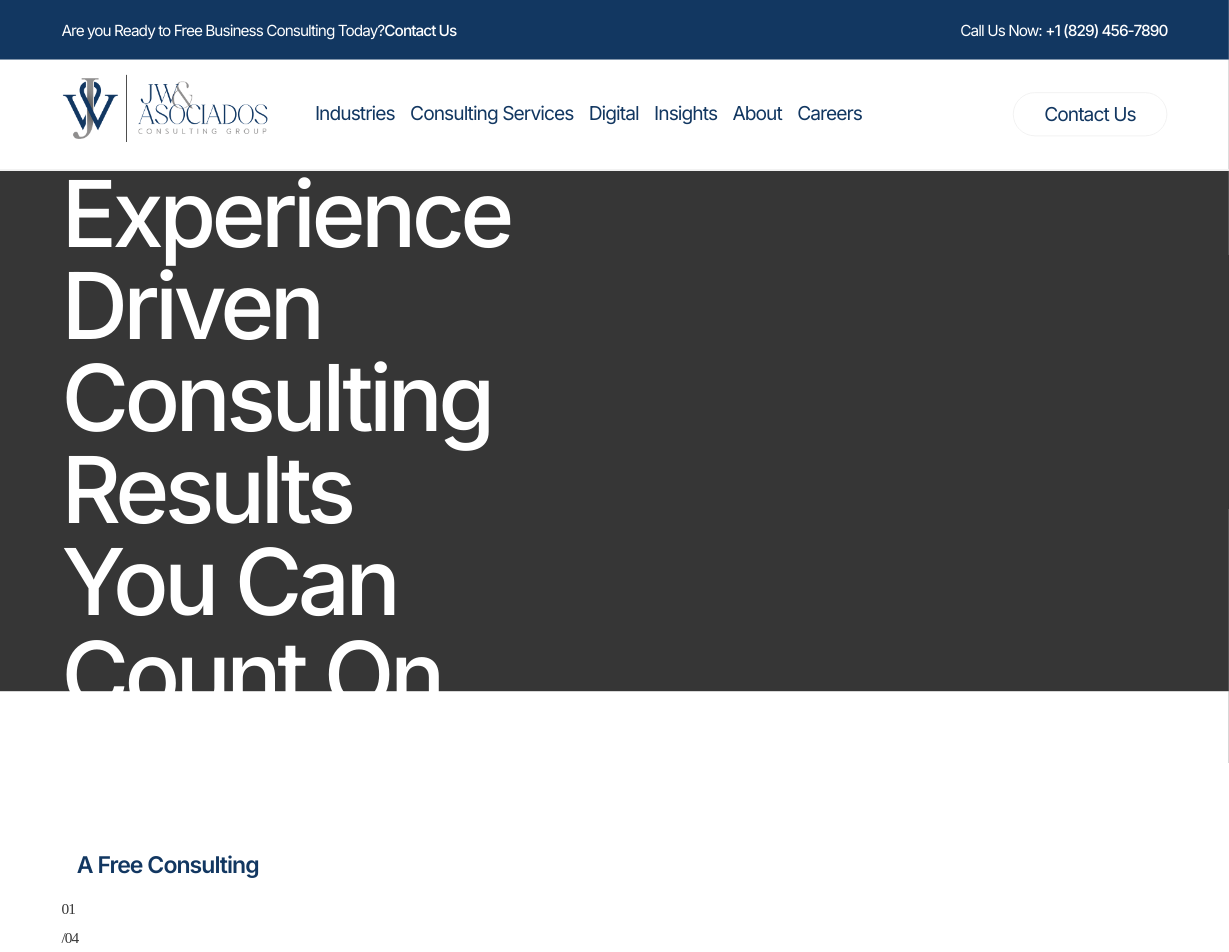
Repository: June-t/jwsyasociados
Page: /
An editor plug-in stored every save of this project. The page is shown before and after the next save, followed by the edit.
The browser window is 1280 px wide. The pictures show the whole page, at 96% of full size.
The project was rebuilt for these pictures with package versions that can differ from the ones it lists, and the page was loaded fresh each time. The framework's server and built-in components were replaced by stand-ins that run in the browser. Also part of the build but not shown: next.config.ts.

Above is the page before, as saved 2025-10-22 15:57:52.

### src/app/layout.tsx
import type { Metadata } from "next";
import { Inter } from "next/font/google";
// Styles
// @ts-ignore
import "../app/style/main.css";

import Footer from "@/app/common/Footer";
import Header from "@/app/common/Header";

const inter = Inter({ subsets: ["latin"], variable: "--font-inter" });

export const metadata: Metadata = {
  title: "Create Next App",
  description: "Generated by create next app",
};

export default function RootLayout({
  children,
}: Readonly<{
  children: React.ReactNode;
}>) {
  return (
    <html lang='en'>
      <body className={`${inter.variable} antialiased`}>
        <Header />
        <main className='wrapper'>{children}</main>
        <Footer />
      </body>
    </html>
  );
}

### src/app/page.tsx
export default function Main() {
  return (
    <>
      <section className='main__hero'>
        <div className='hero__slider'>
          <span>Smarter Strategies Stronger Businesses</span>
          <h1>
            Experience Driven <br /> Consulting Results <br /> You Can Count On
          </h1>
          <p>
            Whether you're Icmng to streamline operations, scale sustainably, or
            navigate complex challenges, our consulting services are built to
            deliver measurable results and long-term impact & hands support.
          </p>
          <a href='#'>A Free Consulting</a>
        </div>
        <div className='hero__progress'>
          <div className='progress__status'>
            <span>01</span>
          </div>
          <div className='progress__line' />
          <div className='progress__total'>
            <span>/04</span>
          </div>
        </div>
      </section>
      <section className='main__about'></section>
      <section className='main__services'></section>
      <section className='main__clients'></section>
      <section className='main__work'></section>
      <section className='main__team'></section>
      <section className='main__contact'></section>
    </>
  );
}

### src/app/style/main.css
/* SETTINGS */
@import "./settings/_settings.import.css";

/* TOOLS  */
@import "./tools/_tools.import.css";

/* GENERIC  */
@import "./generic/_generic.import.css";

/* ELEMENTS  */
@import "./elements/_elements.import.css";

/* OBJECTS  */
@import "./objects/_objects.import.css";

/* COMPONENTS  */
@import "./components/_components.import.css";

/* PAGES  */
@import "./pages/_pages.import.css";

/* TRUMPS  */
@import "./trumps/_trumps.css";

### src/app/common/Footer.tsx
export default function Footer() {
  return <footer className='footer'></footer>;
}

### src/app/common/Header.tsx
import Logo from "@/app/assets/logo.png";
export default function Header() {
  return (
    <header className='header'>
      <div className='header__banner'>
        <span>
          Are you Ready to Free Business Consulting Today?
          <a href='#'>Contact Us</a>
        </span>
        <span>
          Call Us Now: <a>+1 (829) 456-7890</a>
        </span>
      </div>
      <div className='header__navegation'>
        <div className='header__logo'>
          <img src={Logo.src} alt='JWS Y Asociados Logo' />
        </div>
        <div className='header__nav'>
          <ul className='header__nav-list'>
            <li className='header__nav-item'>
              <a href='#'>Industries</a>
            </li>
            <li className='header__nav-item'>
              <a href='#'>Consulting Services</a>
            </li>
            <li className='header__nav-item'>
              <a href='#'>Digital</a>
            </li>
            <li className='header__nav-item'>
              <a href='#'>Insights</a>
            </li>
            <li className='header__nav-item'>
              <a href='#'>About</a>
            </li>
            <li className='header__nav-item'>
              <a href='#'>Careers</a>
            </li>
          </ul>
        </div>
        <div className='header__menu'>
          <button className='btn__primary'>Contact Us</button>
          <div className='btn__menu'></div>
        </div>
      </div>
    </header>
  );
}

### src/app/style/settings/_settings.import.css
@import "./_variables.css";

### src/app/style/tools/_tools.import.css
@import "./_mixins.css";

### src/app/style/generic/_generic.import.css
@import "./_base.css";
@import "./_reset.css";

### src/app/style/elements/_elements.import.css
@import "./_articles.css";

### src/app/style/objects/_objects.import.css
@import "./_object.css";

### src/app/style/components/_components.import.css
@import "./_header.css";
@import "./_footer.css";

### src/app/style/pages/_pages.import.css
@import "./_home.css";

### src/app/style/elements/_articles.css
.lastest__content,
.news__square,
.outstanding__aside,
.news__section {
  a {
    &:hover {
      img,
      .flex {
        opacity: 0.5;
        transition: opacity ease-in-out 0.1s;
      }
      h3 {
        color: #868686 !important;
        transition: color ease-in-out 0.1s;
      }
    }
  }
}

.content__item {
  display: flex;
  flex-direction: column;
  grid-gap: 1rem;

  .item__image {
    display: flex;

    a {
      width: 100%;
    }

    img {
      height: 30dvh;
      width: 100%;
      object-fit: cover;
      border-radius: 10px;
      transition: opacity ease-in-out 0.1s;
    }
  }

  .item__information {
    display: flex;
    flex-direction: column;
    grid-gap: 10px;

    h3 {
      font-family: var(--junicode);
      font-weight: var(--w-bold);
      letter-spacing: -0.05em;
      color: var(--black);
      font-size: var(--f-large);
      line-height: 90%;
      transition: color ease-in-out 0.1s;
    }

    p {
      font-weight: var(--w-regular);
      color: #8e8e8e;
      font-size: var(--f-smallest);

      /* Clip */

      overflow: hidden;
      text-overflow: ellipsis;
      white-space: normal;
      word-break: break-word;
      line-height: 1.3;
      max-height: calc(1.3em * 2);
    }
  }
}

### src/app/style/settings/_variables.css
:root {
  /* colors primary */
  --primary: #123761;
  /* colors */
  --white: #fff;
  --black: #363636;
  --gray: #8e8e8e;
  /* space */
  --wrapper-space: clamp(20px, 5vw, 100px); /* Min: 20px, Max: 200px */
  --wrapper-space-articles: 40dvh; /* Min: 20px, Max: 40dvh */
  --wrapper-space-article: 40dvh;
  --max-width: 135rem;
  /* weight */
  --w-light: 300;
  --w-regular: 400;
  --w-medium: 500;
  --w-semibold: 600;
  --w-bold: 700;
  /* z-index */
  --top: 999;
  /* font-size */
  --junicode: "Junicode VF";
  --helvetica: "Helvetica";
  /* Tipografía responsiva (sin breakpoints manuales) */
  --f-smallest: clamp(12px, 1vw + 14px, 16px); /* Min: 12px, Max: 18px */
  --f-small: clamp(14px, 1vw + 16px, 20px); /* Min: 14px, Max: 20px */
  --f-medium: clamp(16px, 1vw + 18px, 24px); /* Min: 16px, Max: 24px */
  --f-large: clamp(20px, 1.5vw + 20px, 32px); /* Min: 20px, Max: 32px */
  --f-xlarge: clamp(24px, 2vw + 24px, 40px); /* Min: 24px, Max: 40px */
  --f-xxlarge: clamp(48px, 3vw + 48px, 62px); /* Min: 48px, Max: 96px */
}

:root {
  --wrapper-space-articles: 40dvh;
  --wrapper-space-article: 40dvh;

  @media (width <= 576px) {
    --wrapper-space-articles: 2dvh;
    --wrapper-space-article: 2dvh;
  }
  @media (577px <= width <= 768px) {
    --wrapper-space-articles: 3dvh;
    --wrapper-space-article: 3dvh;
  }
  @media (769px <= width <= 992px) {
    --wrapper-space-articles: 10dvh;
    --wrapper-space-article: 10dvh;
  }

  @media (993px <= width <= 1200px) {
    --wrapper-space-articles: 10dvh;
    --wrapper-space-article: 10dvh;
  }

  @media (1201 <= width <= 1600px) {
    --wrapper-space-articles: 25dvh;
    --wrapper-space-article: 25dvh;
  }

  @media (width > 1601px) {
    --wrapper-space-articles: 40dvh;
    --wrapper-space-article: 60dvh;
  }
}

### src/app/style/tools/_mixins.css
/* Extra pequeños dispositivos (móviles, hasta 576px) */
@media (width <= 576px) {
}

/* Dispositivos pequeños (móviles grandes, entre 577px y 768px) */
@media (577px <= width <= 768px) {
}

/* Dispositivos medianos (tablets, entre 769px y 992px) */
@media (769px <= width <= 992px) {
}

/* Dispositivos grandes (desktops, entre 993px y 1200px) */
@media (993px <= width <= 1200px) {
}

/* Dispositivos extra grandes (desktops grandes, más de 1200px) */
@media (width > 1200px) {
}

### src/app/style/generic/_base.css
* {
  box-sizing: border-box;
  line-height: 30px;
  letter-spacing: -1px;
}

html,
body {
  height: auto;
  color: var(--black);
}
.wrapper {
  height: auto;
}

### src/app/style/components/_header.css
.header {
  border-bottom: 2px solid #f2f2f2;
  background: var(--white);
  position: absolute;
  width: 100%;

  .header__banner {
    background: var(--primary);
    padding-inline: var(--wrapper-space);
    padding-block: 1rem;
    display: flex;
    justify-content: space-between;

    span {
      font-family: var(--font-inter);
      font-weight: var(--w-regular);
      font-size: var(--f-smallest);
      color: var(--white);
      grid-gap: 10px;

      a {
        font-family: var(--font-inter);
        font-weight: var(--w-medium);
        font-size: var(--f-smallest);
        color: var(--white);
      }
    }
  }

  .header__navegation {
    display: grid;
    grid-template-columns: max-content 1fr max-content;
    padding-inline: var(--wrapper-space);
    padding-block: 1rem;
    grid-gap: 3rem;

    .header__logo {
      img {
        width: 30dvh;
      }
    }

    .header__nav {
      .header__nav-list {
        list-style: none;
        display: flex;
        grid-gap: 1rem;
        padding: 0px;
        margin: 0px;
        height: 100%;
        align-items: center;
        justify-content: flex-start;

        .header__nav-item {
          a {
            font-weight: var(--w-regular);
            font-size: var(--f-small);
            color: var(--primary);
            font-family: var(--font-inter);
          }
        }
      }
    }

    .header__menu {
      display: flex;
      justify-content: center;
      align-items: center;

      .btn__primary {
        color: var(--primary);
        background: #0000;
        border: 1px solid #f2f2f2;
        border-radius: 2rem;
        padding: 0.8rem 2rem;
        font-family: "Inter";
        font-weight: var(--w-regular);
        font-size: var(--f-small);
        line-height: 19px;
        letter-spacing: -0.05em;
      }
    }
  }
}

### src/app/style/objects/_object.css
.label {
  display: flex;
  grid-gap: 5px;

  .label__category {
    font-weight: var(--w-medium);
    font-size: var(--f-smallest);
    color: var(--primary);
  }

  .label__divider {
    display: flex;
    align-items: center;
    color: var(--primary);
  }

  .label__time {
    font-weight: var(--w-regular);
    font-size: var(--f-smallest);
    color: var(--primary);
  }
}

.seemore {
  display: flex;
  align-items: center;
}

### src/app/style/pages/_home.css
.main__hero {
  height: 100dvh;
  padding-inline: var(--wrapper-space);
  background: var(--black);
  padding-top: 20dvh;
  padding-bottom: 10dvh;
  display: grid;
  grid-template-rows: 1fr max-content;

  .hero__slider {
    display: flex;
    flex-direction: column;
    justify-content: center;
    width: 50%;

    h1 {
      font-family: var(--font-inter);
      font-style: normal;
      font-weight: 500;
      font-size: 96px;
      line-height: 100%;
      letter-spacing: -0.05em;
      color: var(--white);
    }

    span {
      font-family: var(--font-inter);
      font-weight: var(--w-medium);
      font-size: var(--f-large);
      color: var(--white);
    }

    p {
      font-family: var(--font-inter);
      font-size: var(--f-medium);
      color: var(--white);
      font-weight: var(--w-light);
    }

    a {
      padding: 1rem;
      background: var(--white);
      border-radius: 5rem;
      font-family: var(--font-inter);
      font-weight: var(--w-semibold);
      font-size: var(--f-medium);
      color: var(--primary);
      width: max-content;
    }
  }
}

### src/app/style/generic/_reset.css
/*! normalize.css v8.0.1 | MIT License | github.com/necolas/normalize.css */

/* Document
   ========================================================================== */

/**
 * 1. Correct the line height in all browsers.
 * 2. Prevent adjustments of font size after orientation changes in iOS.
 */

* {
  margin: 0;
  padding: 0;
  box-sizing: border-box;
}

html {
  line-height: 1.15;
  letter-spacing: -0.05em;
  /* 1 */
  -webkit-text-size-adjust: 100%;
  /* 2 */
}

a:link,
a:visited,
a:active {
  text-decoration: none;
}

iframe {
  border: 0px !important;
}

/* Sections
     ========================================================================== */

/**
   * Remove the margin in all browsers.
   */

body {
  margin: 0;
}

/**
   * Render the `main` element consistently in IE.
   */

main {
  display: block;
}

/**
   * Correct the font size and margin on `h1` elements within `section` and
   * `article` contexts in Chrome, Firefox, and Safari.
   */

blockquote {
  color: var(--white);
}

/* layout.css | http://localhost:3000/_next/static/css/app/layout.css?v=1725121113981 */

/* Grouping content
     ========================================================================== */

/**
   * 1. Add the correct box sizing in Firefox.
   * 2. Show the overflow in Edge and IE.
   */

hr {
  box-sizing: content-box;
  /* 1 */
  height: 0;
  /* 1 */
  overflow: visible;
  /* 2 */
}

/**
   * 1. Correct the inheritance and scaling of font size in all browsers.
   * 2. Correct the odd `em` font sizing in all browsers.
   */

pre {
  font-family: monospace, monospace;
  /* 1 */
  font-size: var(--body);
  /* 2 */
}

/* Text-level semantics
     ========================================================================== */

/**
   * Remove the gray background on active links in IE 10.
   */

a {
  background-color: transparent;
}

/**
   * 1. Remove the bottom border in Chrome 57-
   * 2. Add the correct text decoration in Chrome, Edge, IE, Opera, and Safari.
   */

abbr[title] {
  border-bottom: none;
  /* 1 */
  text-decoration: underline;
  /* 2 */
  text-decoration: underline dotted;
  /* 2 */
}

/**
   * Add the correct font weight in Chrome, Edge, and Safari.
   */

/**
   * 1. Correct the inheritance and scaling of font size in all browsers.
   * 2. Correct the odd `em` font sizing in all browsers.
   */

code,
kbd,
samp {
  font-family: monospace, monospace;
  /* 1 */
  font-size: var(--body);
  /* 2 */
}

/**
   * Add the correct font size in all browsers.
   */

small {
  font-size: 80%;
}

/**
   * Prevent `sub` and `sup` elements from affecting the line height in
   * all browsers.
   */

sub,
sup {
  font-size: 75%;
  line-height: 0;
  position: relative;
  vertical-align: baseline;
}

sub {
  bottom: -0.25em;
}

sup {
  top: -0.5em;
}

/* Embedded content
     ========================================================================== */

/**
   * Remove the border on images inside links in IE 10.
   */

img {
  border-style: none;
}

/* Forms
     ========================================================================== */

/**
   * 1. Change the font styles in all browsers.
   * 2. Remove the margin in Firefox and Safari.
   */

button,
input,
optgroup,
select,
textarea {
  font-family: inherit;
  /* 1 */
  font-size: 100%;
  /* 1 */
  line-height: 1.15;
  /* 1 */
  margin: 0;
  /* 2 */
}

/**
   * Show the overflow in IE.
   * 1. Show the overflow in Edge.
   */

button,
input {
  /* 1 */
  overflow: visible;
}

/**
   * Remove the inheritance of text transform in Edge, Firefox, and IE.
   * 1. Remove the inheritance of text transform in Firefox.
   */

button,
select {
  /* 1 */
  text-transform: none;
}

/**
   * Correct the inability to style clickable types in iOS and Safari.
   */

button,
[type="button"],
[type="reset"],
[type="submit"] {
  -webkit-appearance: button;
}

/**
   * Remove the inner border and padding in Firefox.
   */

button::-moz-focus-inner,
[type="button"]::-moz-focus-inner,
[type="reset"]::-moz-focus-inner,
[type="submit"]::-moz-focus-inner {
  border-style: none;
  padding: 0;
}

/**
   * Restore the focus styles unset by the previous rule.
   */

button:-moz-focusring,
[type="button"]:-moz-focusring,
[type="reset"]:-moz-focusring,
[type="submit"]:-moz-focusring {
  outline: 1px dotted ButtonText;
}

/**
   * Correct the padding in Firefox.
   */

fieldset {
  padding: 0.35em 0.75em 0.625em;
}

/**
   * 1. Correct the text wrapping in Edge and IE.
   * 2. Correct the color inheritance from `fieldset` elements in IE.
   * 3. Remove the padding so developers are not caught out when they zero out
   *    `fieldset` elements in all browsers.
   */

legend {
  box-sizing: border-box;
  /* 1 */
  color: inherit;
  /* 2 */
  display: table;
  /* 1 */
  max-width: 100%;
  /* 1 */
  padding: 0;
  /* 3 */
  white-space: normal;
  /* 1 */
}

/**
   * Add the correct vertical alignment in Chrome, Firefox, and Opera.
   */

progress {
  vertical-align: baseline;
}

/**
   * Remove the default vertical scrollbar in IE 10+.
   */

textarea {
  overflow: auto;
}

/**
   * 1. Add the correct box sizing in IE 10.
   * 2. Remove the padding in IE 10.
   */

[type="checkbox"],
[type="radio"] {
  box-sizing: border-box;
  /* 1 */
  padding: 0;
  /* 2 */
}

/**
   * Correct the cursor style of increment and decrement buttons in Chrome.
   */

[type="number"]::-webkit-inner-spin-button,
[type="number"]::-webkit-outer-spin-button {
  height: auto;
}

/**
   * 1. Correct the odd appearance in Chrome and Safari.
   * 2. Correct the outline style in Safari.
   */

[type="search"] {
  -webkit-appearance: textfield;
  /* 1 */
  outline-offset: -2px;
  /* 2 */
}

/**
   * Remove the inner padding in Chrome and Safari on macOS.
   */

[type="search"]::-webkit-search-decoration {
  -webkit-appearance: none;
}

/**
   * 1. Correct the inability to style clickable types in iOS and Safari.
   * 2. Change font properties to `inherit` in Safari.
   */

::-webkit-file-upload-button {
  -webkit-appearance: button;
  /* 1 */
  font: inherit;
  /* 2 */
}

/* Interactive
     ========================================================================== */

/*
   * Add the correct display in Edge, IE 10+, and Firefox.
   */

details {
  display: block;
}

/*
   * Add the correct display in all browsers.
   */

summary {
  display: list-item;
}

/* Misc
     ========================================================================== */

/**
   * Add the correct display in IE 10+.
   */

template {
  display: none;
}

/**
   * Add the correct display in IE 10.
   */

[hidden] {
  display: none;
}

### src/app/style/components/_footer.css
.footer {
  height: 100%;
  background: var(--black);
  display: grid;
  grid-template-rows: 1fr max-content;
  margin-top: 5rem;

  .footer__navegation {
    padding: var(--wrapper-space);
    display: grid;
    grid-template-columns: 0.5fr 1fr;

    @media (width <= 768px) {
      grid-template-columns: 1fr;
      display: grid;
      grid-gap: 2rem;
    }

    h1 {
      font-family: var(--junicode);
      font-weight: var(--w-light);
      font-size: var(--f-xxlarge);
      line-height: 80%;
      letter-spacing: -0.05em;
      color: var(--white);
    }

    .navegation__nav {
      display: flex;
      grid-gap: 10rem;
      justify-content: center;

      @media (width <= 768px) {
        grid-gap: 2rem;
        flex-wrap: wrap;
        justify-content: start;
      }

      .navegation__nav--item {
        display: flex;
        flex-direction: column;
        grid-gap: 1rem;

        span {
          font-weight: var(--w-regular);
          font-size: var(--f-smallest);

          line-height: 80%;
          letter-spacing: -0.05em;
          text-transform: uppercase;
          color: rgba(228, 225, 213, 0.4);
        }

        .links {
          display: flex;
          flex-direction: column;
          grid-gap: 10px;

          a {
            font-weight: var(--w-regular);
            font-size: var(--f-small);
            line-height: 80%;
            letter-spacing: -0.05em;
            color: var(--white);
          }
        }
      }
    }
  }

  .footer__copyright {
    display: flex;
    justify-content: space-between;
    border-top: 1px solid color-mix(in srgb, var(--white) 10%, transparent);
    padding-block: 2rem;
    padding-inline: var(--wrapper-space);

    @media (width <= 768px) {
      grid-gap: 1rem;
      flex-wrap: wrap;
    }

    span {
      font-weight: var(--w-regular);
      letter-spacing: -0.05em;
      color: var(--white);
      font-size: var(--f-smallest);
    }

    .copyright__links {
      display: flex;
      grid-gap: 1rem;

      a {
        font-weight: var(--w-regular);
        letter-spacing: -0.05em;
        color: var(--white);
        font-size: var(--f-smallest);
      }
    }
  }
}

Loaded but not shown: src/app/style/trumps/_trumps.css (no copy from this time; the picture is the same without it)

After the next save:
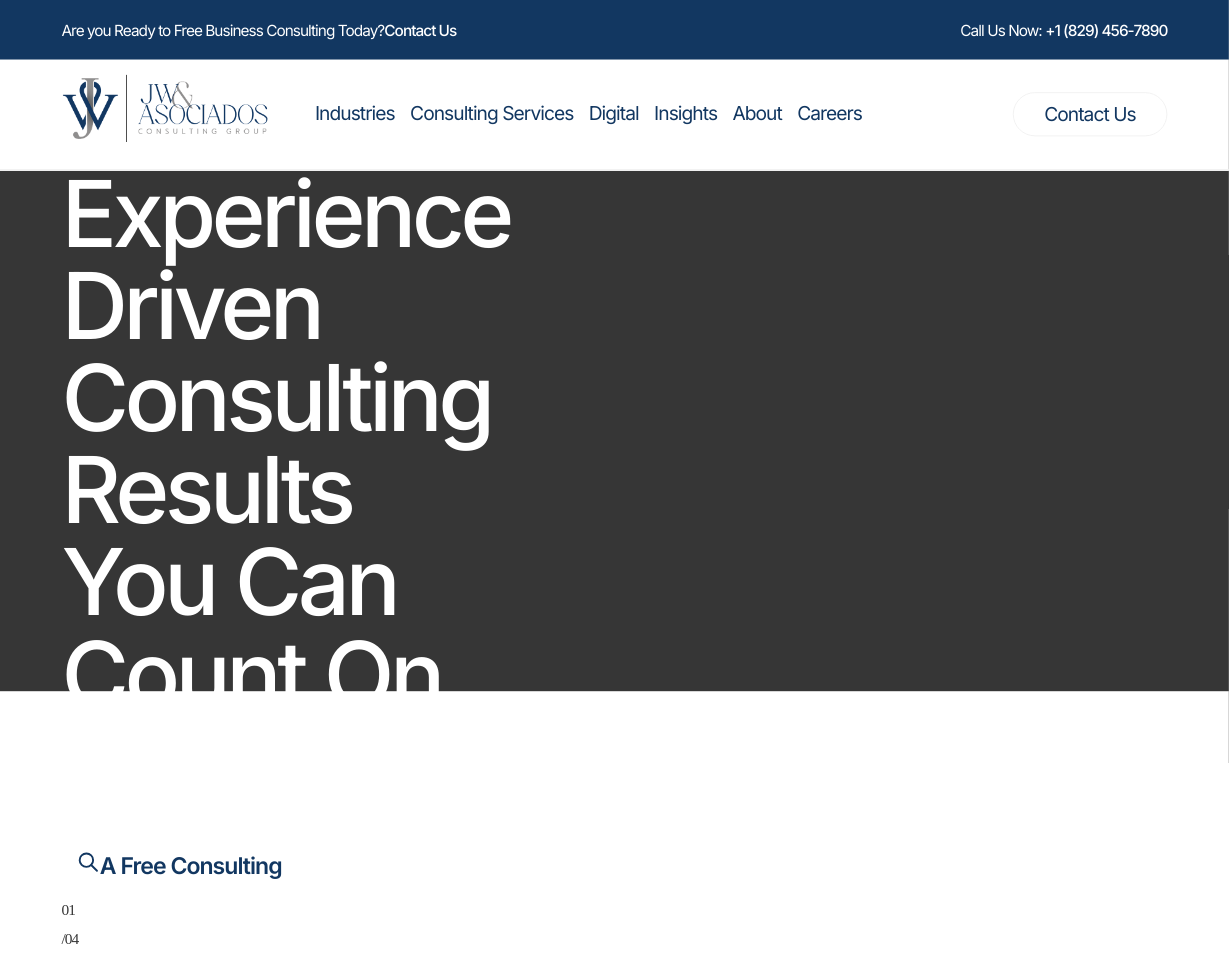
Saved 2 min 14 s later.
--- a/src/app/page.tsx
+++ b/src/app/page.tsx
@@ -1,3 +1,5 @@
+import { IconSearch } from "@tabler/icons-react";
+
 export default function Main() {
   return (
     <>
@@ -12,7 +14,9 @@
             navigate complex challenges, our consulting services are built to
             deliver measurable results and long-term impact & hands support.
           </p>
-          <a href='#'>A Free Consulting</a>
+          <a href='#'>
+            <IconSearch />A Free Consulting
+          </a>
         </div>
         <div className='hero__progress'>
           <div className='progress__status'>
